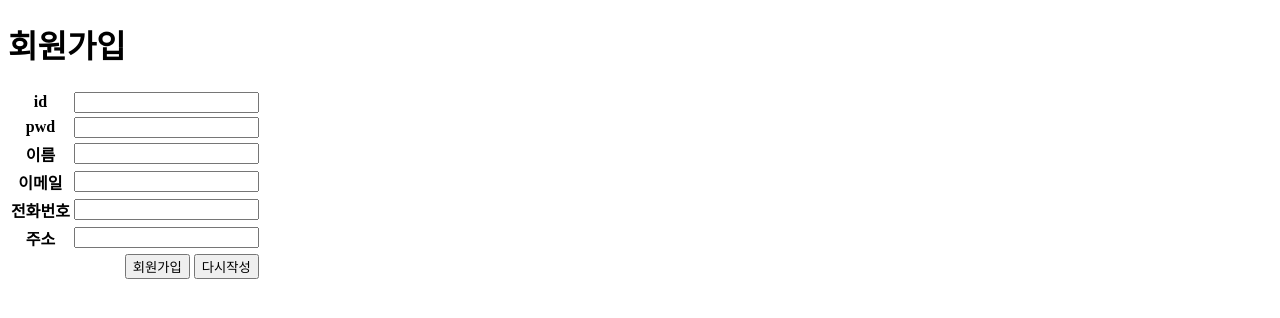
Repository: sdfg6213/clonecoding
Page: http://localhost/myweb2/member/join.jsp
The author's editor kept a copy of each file at every save. The page is drawn from the files as they stood at one save, then again after the next save.
The browser window is 1280 px wide. The pictures show the whole page.
The page is served by Tomcat 9. Other server files are loaded and not shown.

Above is the page before, as saved 2025-04-29 06:43:11.

### myweb2/src/main/webapp/member/join.jsp
<%@ page language="java" contentType="text/html; charset=UTF-8"
    pageEncoding="UTF-8"%>
<!DOCTYPE html>
<html>
<head>
<meta charset="UTF-8">
<title>Insert title here</title>
</head>
<body>
<h1>회원가입</h1>
<table>
	<tr>
		<th>id
		<td><input type="text" name="id">
	<tr>
		<th>pwd
		<td><input type="password" name="pwd">
	<tr>
		<th>이름
		<td><input type="text" name="name">
	<tr>
		<th>이메일
		<td><input type="text" name="email">
	<tr>
		<th>전화번호
		<td><input type="text" name="tel">
	<tr>
		<th>주소
		<td><input type="text" name="addr">
	<tr>
		<td colspan="2" align="right"><input type="submit" value="회원가입">
		<input type="reset" value="다시작성">
</table>
</body>
</html>

After the next save:
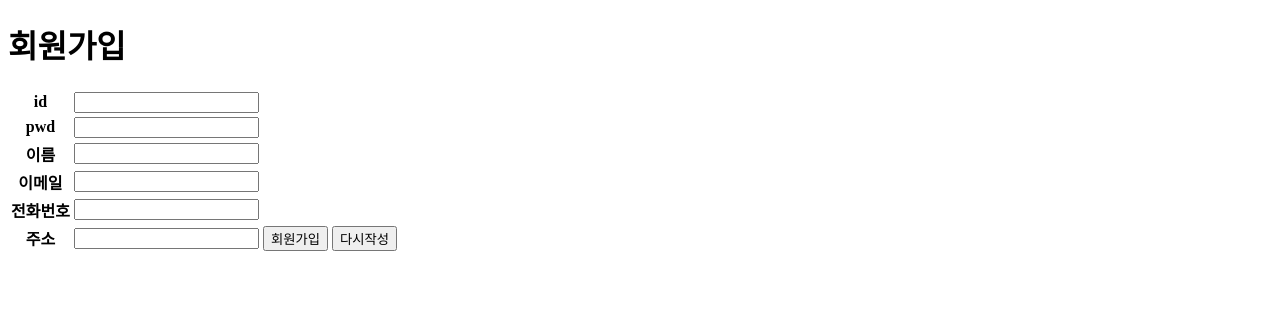
Saved 76 s later.
--- a/myweb2/src/main/webapp/member/join.jsp
+++ b/myweb2/src/main/webapp/member/join.jsp
@@ -27,7 +27,7 @@
 	<tr>
 		<th>주소
 		<td><input type="text" name="addr">
-	<tr>
+
 		<td colspan="2" align="right"><input type="submit" value="회원가입">
 		<input type="reset" value="다시작성">
 </table>
